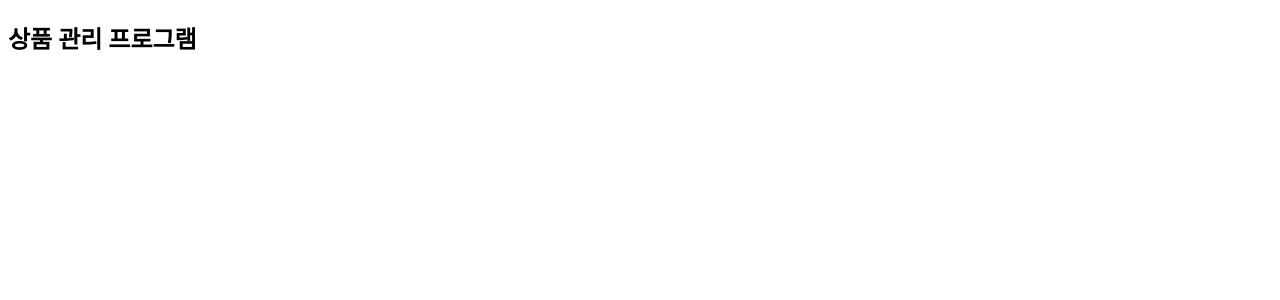
Repository: shinymusket/ideal-memory2
Page: homework08/WebContent/index.html
These files come from the project's save history. The page is drawn as it stood at one moment and after the next save; the edit follows.
The browser window is 1280 px wide. The pictures show the whole page.

Above is the page before, as saved 2022-06-17 00:20:35.

After the next save:
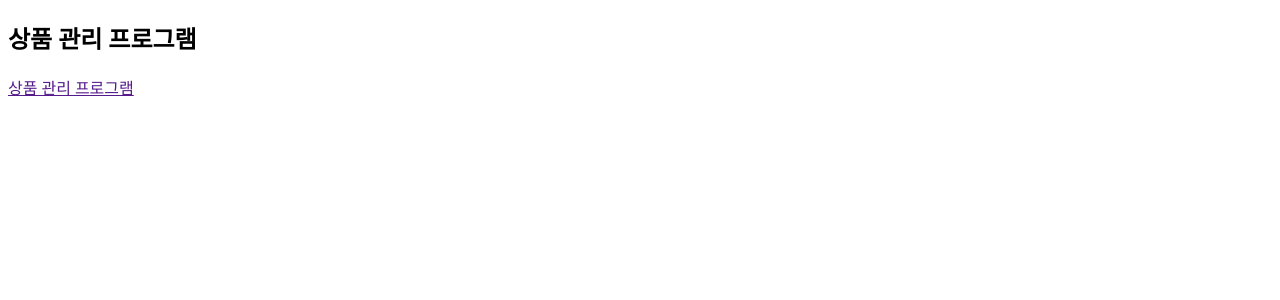
Saved 15 s later.
--- a/homework08/WebContent/index.html
+++ b/homework08/WebContent/index.html
@@ -6,5 +6,6 @@
 </head>
 <body>
 	<h2>상품 관리 프로그램</h2>
+	<a href="">상품 관리 프로그램</a>
 </body>
 </html>
